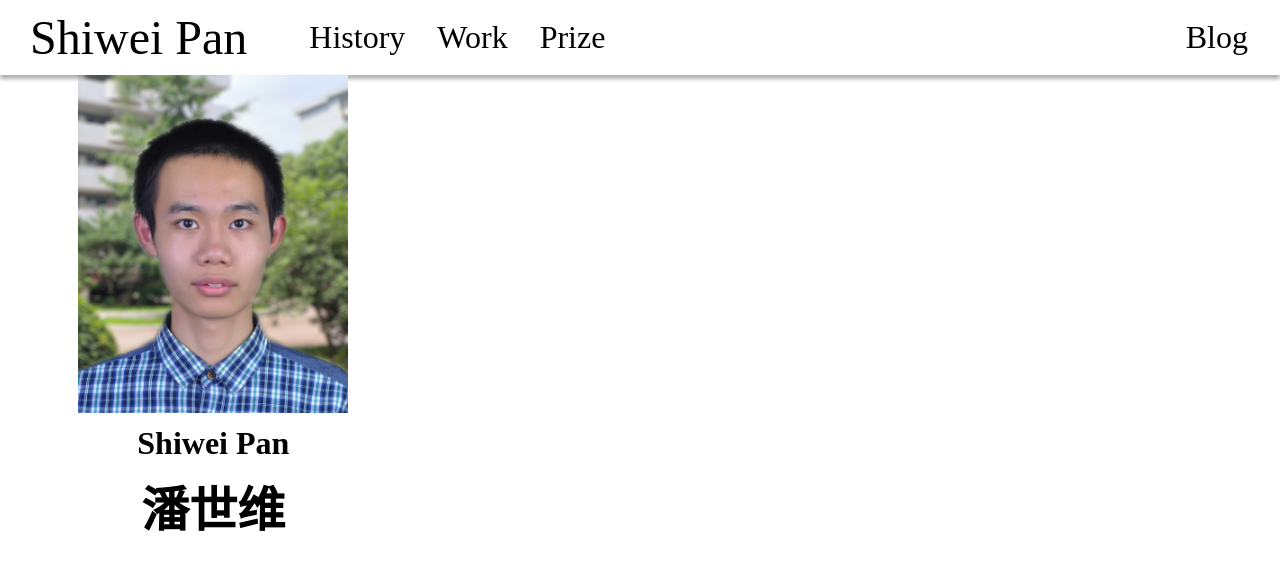
Repository: erikpsw/web
Page: new/psw.html
An editor plug-in stored every save of this project. The page is shown before and after the next save, followed by the edit.
The browser window is 1280 px wide. The pictures show the whole page.

Above is the page before, as saved 2022-06-16 22:20:30.

After the next save:
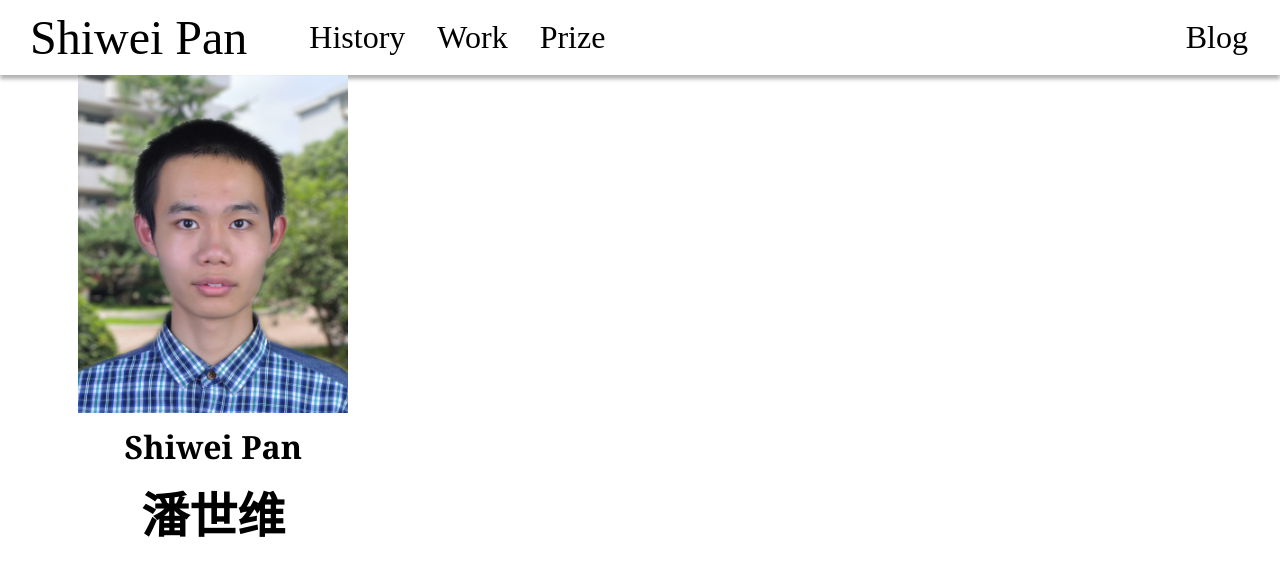
Saved 21 s later.
--- a/new/styles.css
+++ b/new/styles.css
@@ -44,7 +44,7 @@
 }
 
 #intro{
-    font-family: "Times New Roman",Georgia,Serif;
+    font-family: Georgia,Serif;
     font-size: 2em;
     margin: 2%;
 }

After the save that followed:
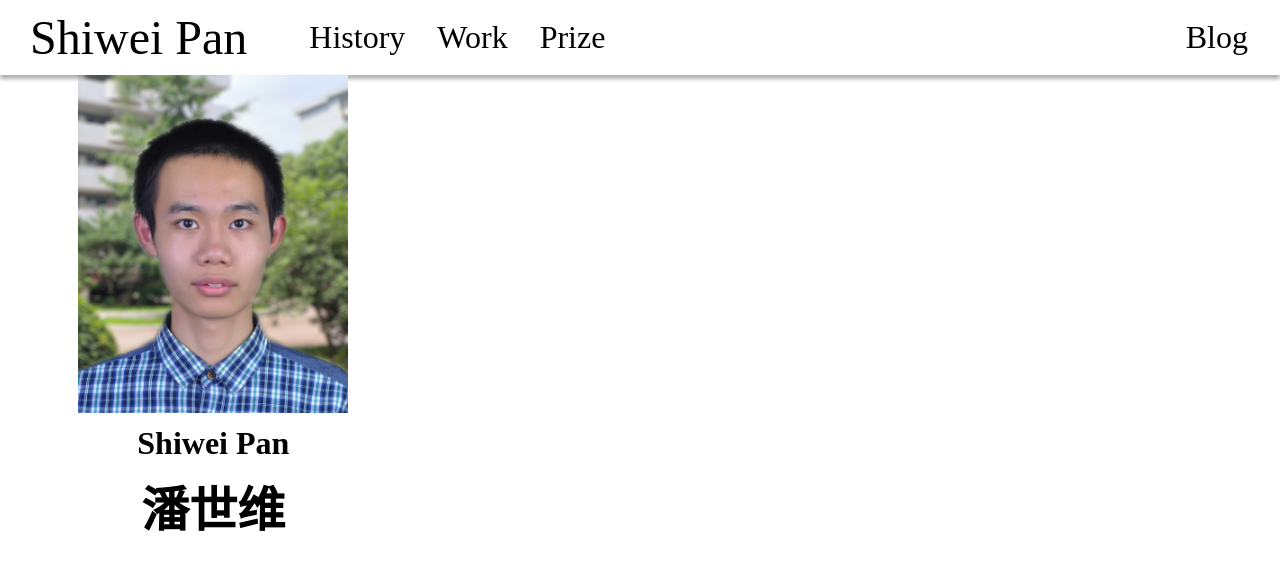
Saved 12 s later.
--- a/new/styles.css
+++ b/new/styles.css
@@ -44,7 +44,7 @@
 }
 
 #intro{
-    font-family: Georgia,Serif;
+    font-family: Serif;
     font-size: 2em;
     margin: 2%;
 }
